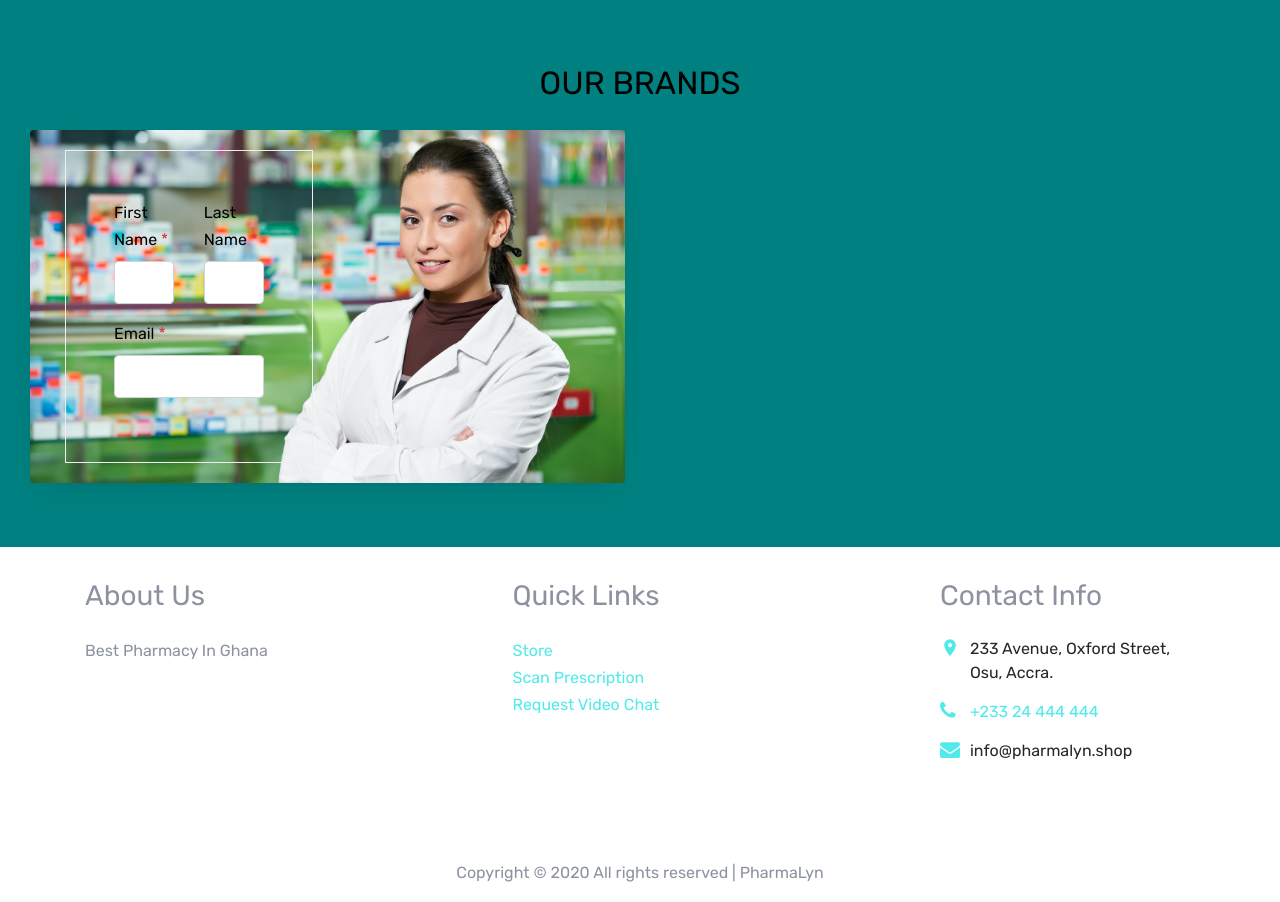
Repository: Nat-A/finalyearproject
Page: pharma/index - Copy.html
The author's editor kept a copy of each file at every save. The page is drawn from the files as they stood at one save, then again after a run of saves.
The browser window is 1280 px wide. The pictures show the part of the page from y = 802 to 1704 px (the page is 1704 px tall before and 1677 px after).

Above is the page before, as saved 2020-06-03 12:49:00.

After the next 3 saves:
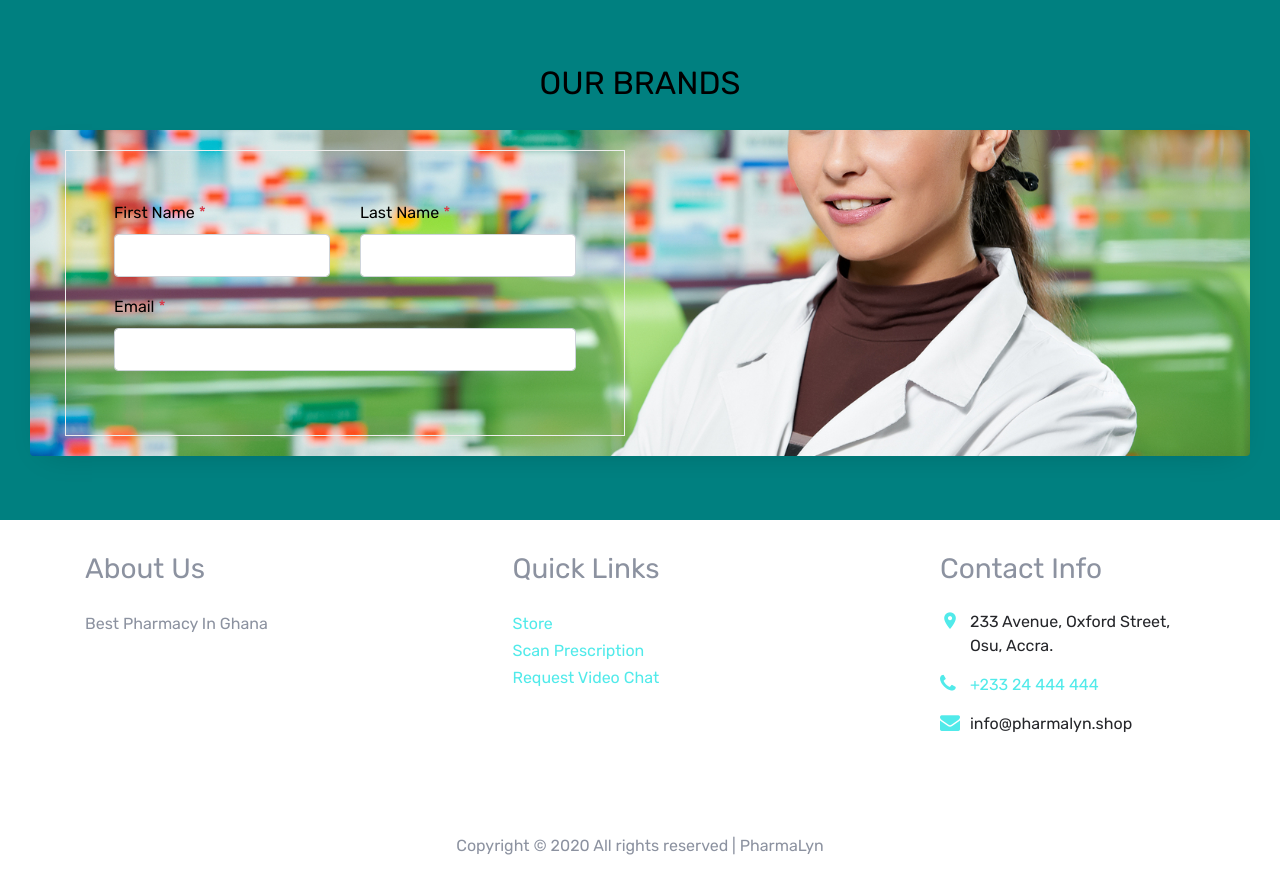
The 3 saves are shown as one change because they came seconds apart.
The last was saved 46 s later.
--- a/pharma/index - Copy.html
+++ b/pharma/index - Copy.html
@@ -110,7 +110,7 @@
                     </div>
                 </div>
 
-                <div class="col-lg-6 mb-5 mb-lg-0 ">
+                <div class="col-lg-12 mb-12 mb-lg-0 ">
                     <a class="banner-1 h-100 d-flex " style="background-image: url( 'images/avatars/doctor4.jpg'); ">
                         <div class="banner-1-inner align-self-center ">
 

After the save that followed:
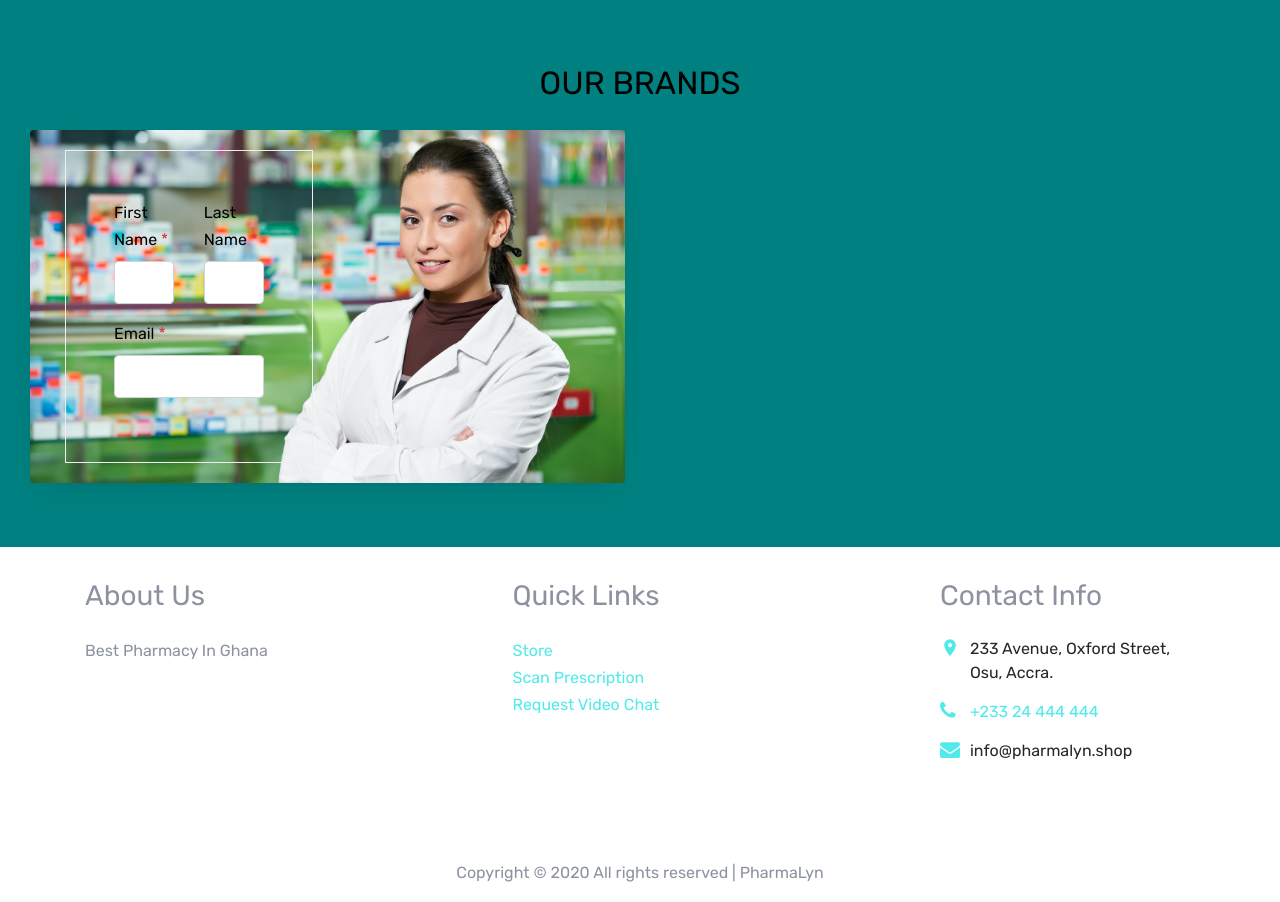
Saved 24 s later.
--- a/pharma/index - Copy.html
+++ b/pharma/index - Copy.html
@@ -110,7 +110,7 @@
                     </div>
                 </div>
 
-                <div class="col-lg-12 mb-12 mb-lg-0 ">
+                <div class="col-lg-6 mb-5 mb-lg-0 ">
                     <a class="banner-1 h-100 d-flex " style="background-image: url( 'images/avatars/doctor4.jpg'); ">
                         <div class="banner-1-inner align-self-center ">
 
